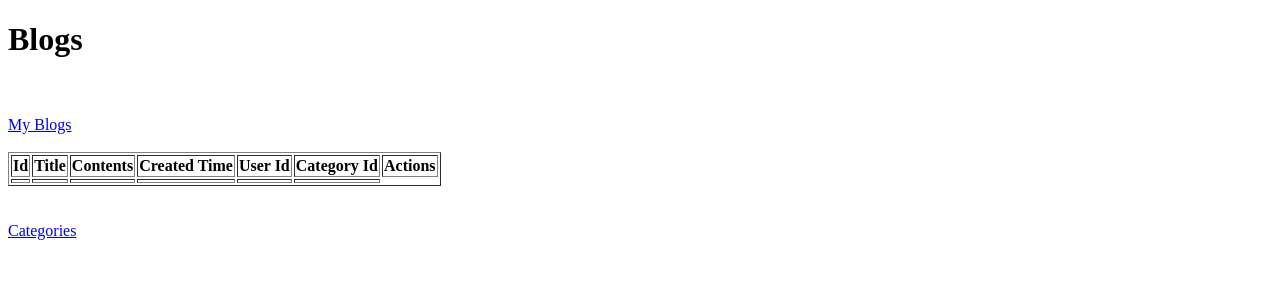
Repository: bhageshchincholi/AdvanceJava
Page: http://localhost/Blog/myBlogList.jsp
The author's editor kept a copy of each file at every save. The page is drawn from the files as they stood at one save, then again after the next save.
The browser window is 1280 px wide. The pictures show the whole page.
The page is served by Tomcat 9. Other server files are loaded and not shown.

Above is the page before, as saved 2024-06-12 13:14:44.

### Blog/Blog/src/main/webapp/myBlogList.jsp
<%@ page language="java" contentType="text/html; charset=ISO-8859-1"
    pageEncoding="ISO-8859-1"%>
<!DOCTYPE html>
<html>
<head>
<meta charset="ISO-8859-1">
<title>My Blog List</title>
</head>
<body>
	<h1> ${initParam.appTitle} </h1>

		<br/>
		<br/>

		<jsp:useBean id="mb" class="com.blog.Bin.MyBlogListBin" />

		${ blb.fecthBlogs() }

		<a href="myBlogs.jsp">My Blogs</a>
		<br/><br/>
		<table border="1">
			<thead>
				<tr>
				<th>Id</th>
				<th>Title</th>
				<th>Contents</th>
				<th>Created Time</th>
				<th>User Id</th>
				<th>Category Id</th>
				<th>Actions</th>
				</tr>
			</thead>

			<tbody>
			<%-- // internally called getBlogList(); --%>
				<tag:forEach var="b" items="${blb.blogList}">
					<tr>
						<td>${b.id }</td>
						<td>${b.title }</td>
						<td>${b.contents }</td>
						<td>${b.l1 }</td>
						<td>${b.userId }</td>
						<td>${b.categoryId }</td>
					</tr>
				</tag:forEach>
			</tbody>
		</table>
		<br/>
		<br/>
		<a href="blogList.jsp">Categories</a>
		<br/><br/>
</body>
</html>

### Blog/Blog/src/main/java/com/blog/DAO/BlogDAO.java
package com.blog.DAO;

import java.sql.SQLException;
import java.util.List;

import com.blog.entity.Blog;
import com.blog.entity.User;

public interface BlogDAO extends AutoCloseable{

	 void addBlog(Blog b) throws SQLException;
	 List<Blog>displayAllBlogs() throws SQLException;
	 void updateBlog(int id,String contents) throws SQLException;
	 void searchBlog(String blog) throws SQLException;
	 void deleteMyBlog(User u) throws SQLException;
	 List<Blog> displayMyBlogs(User u) throws SQLException;
	 int deleteBlog(int id) throws Exception;

}

After the next save:
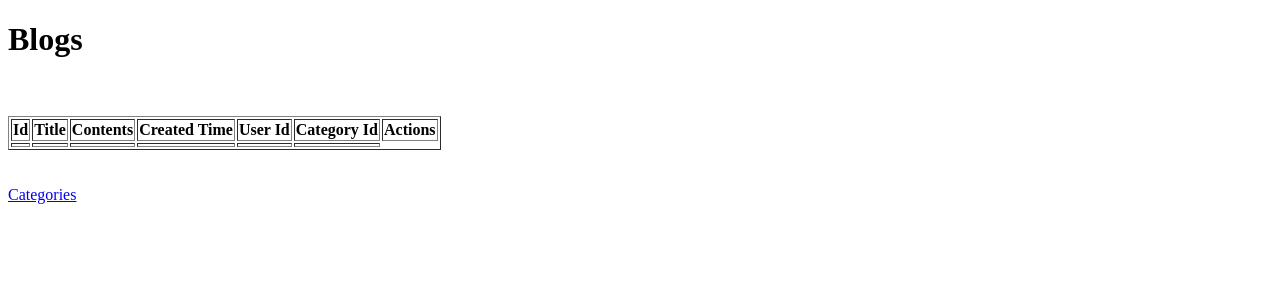
Saved 13 s later.
--- a/Blog/Blog/src/main/webapp/myBlogList.jsp
+++ b/Blog/Blog/src/main/webapp/myBlogList.jsp
@@ -16,8 +16,6 @@
 
 		${ blb.fecthBlogs() }
 
-		<a href="myBlogs.jsp">My Blogs</a>
-		<br/><br/>
 		<table border="1">
 			<thead>
 				<tr>
